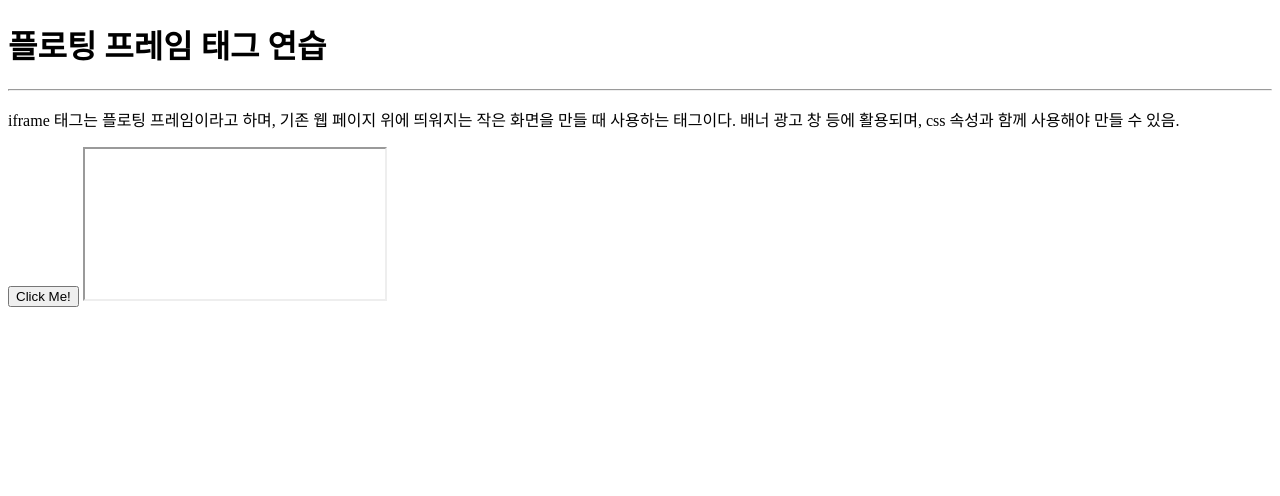
Repository: bianchi112/ict-data
Page: web_workspace/testHTMLProject2/src/main/webapp/views/test/testIFrame.html
The author's editor kept a copy of each file at every save. The page is drawn from the files as they stood at one save, then again after the next save.
The browser window is 1280 px wide. The pictures show the whole page.

Above is the page before, as saved 2024-08-14 08:10:12.

### web_workspace/testHTMLProject2/src/main/webapp/views/test/testIFrame.html
<!DOCTYPE html>
<html>
<head>
<meta charset="UTF-8">
<title>testIFrame</title>
</head>
<body>
<header>
	<h1>플로팅 프레임 태그 연습</h1>
</header>
<hr>
<p> <!-- paragraph 줄임말, 문단 구역을 표시할 때 사용, 속성 : align="left | center | right" 내용 배치 지정 -->
iframe 태그는 플로팅 프레임이라고 하며, 기존 웹 페이지 위에 띄워지는 작은 화면을 만들  때 사용하는 태그이다.
배너 광고 창 등에 활용되며, css 속성과 함께 사용해야 만들 수 있음.
</p>
<button>Click Me!</button>
<iframe id="banner" src="./banner.html"></iframe>
</body>
</html>

### web_workspace/testHTMLProject2/src/main/webapp/views/test/banner.html
<!DOCTYPE html>
<html>
<head>
<meta charset="UTF-8">
<title></title>
</head>
<body>
	<video src="/testh2/resources/multi/video1/mp4" width="300" height="300" autoplay loop="infinit"></video>
</body>
</html>

After the next save:
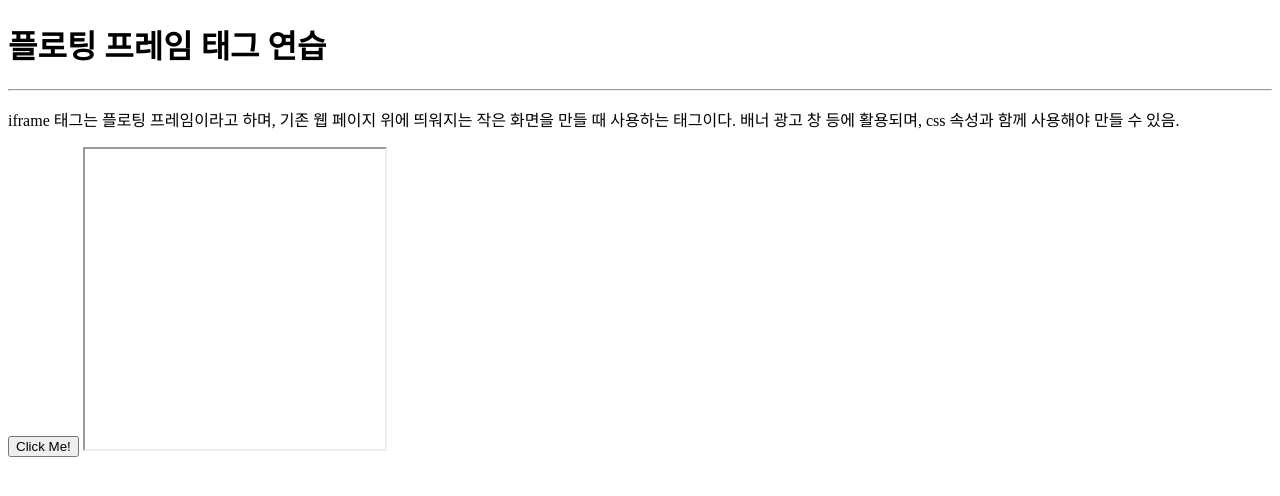
Saved 22 s later.
--- a/web_workspace/testHTMLProject2/src/main/webapp/views/test/testIFrame.html
+++ b/web_workspace/testHTMLProject2/src/main/webapp/views/test/testIFrame.html
@@ -14,6 +14,6 @@ iframe 태그는 플로팅 프레임이라고 하며, 기존 웹 페이지 위
 배너 광고 창 등에 활용되며, css 속성과 함께 사용해야 만들 수 있음.
 </p>
 <button>Click Me!</button>
-<iframe id="banner" src="./banner.html"></iframe>
+<iframe id="banner" src="./banner.html" width="300" height="300"></iframe>
 </body>
 </html>
